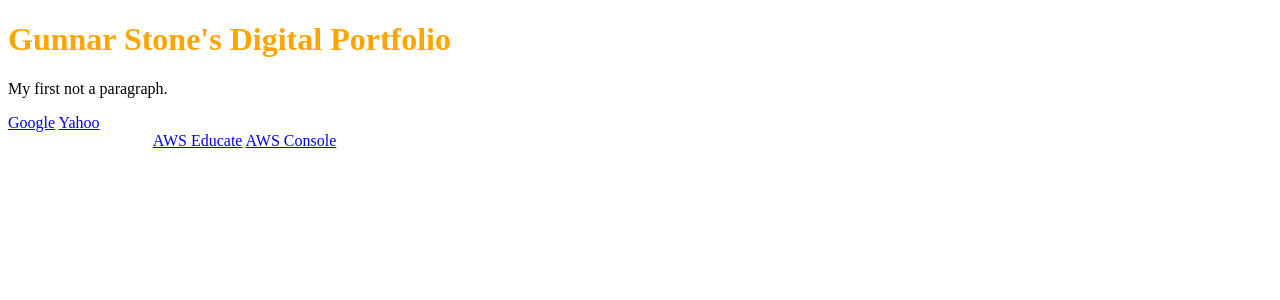
Repository: GunnarStone/GunnarStone.github.io
Page: index.html
The author's editor kept a record of every edit. The page is drawn from the files as they stood at one moment, then again after the next edit.
The browser window is 1280 px wide. The pictures show the whole page.

Above is the page before.

### index.html
<!DOCTYPE html>
<html>
    <head>
        <style>
        body {background-color: white;}
        h1   {color: orange;}
        p    {color: black;}
        a:hover {
          background-color: orange;
          color:white;
        }
        .moreLinks {
            color: white;
            font-size:24px;
            padding:16px;
            float: left;
        }
        .moreLinks:hover .dropdownContent{
            display: block;

        }
        </style>
        <title>My Little Digital Portfolio</title>
    </head>
    <body>

    <h1>Gunnar Stone's Digital Portfolio</h1>
    <p>My first not a paragraph.</p>
    <div>
    <a href="https://www.yahoo.com/">Google</a>
    <a href="https://www.google.com/">Yahoo</a>
    </div>
    <div class="dropdown">
        <div class="moreLinks">More Links</div>
        <div class="dropdownContent">
        <a href="https://www.awseducate.com">AWS Educate</a>
        <a href="https://console.aws.amazon.com">AWS Console</a>
        </div>
    </div>
    </body>
</html>

After the next edit:
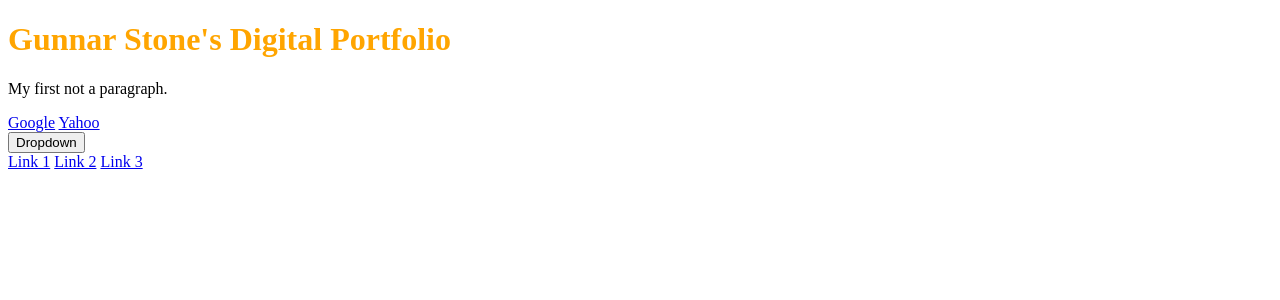
The edit:
--- a/index.html
+++ b/index.html
@@ -31,11 +31,12 @@
     <a href="https://www.google.com/">Yahoo</a>
     </div>
     <div class="dropdown">
-        <div class="moreLinks">More Links</div>
-        <div class="dropdownContent">
-        <a href="https://www.awseducate.com">AWS Educate</a>
-        <a href="https://console.aws.amazon.com">AWS Console</a>
-        </div>
-    </div>
+  <button class="dropbtn">Dropdown</button>
+  <div class="dropdown-content">
+    <a href="#">Link 1</a>
+    <a href="#">Link 2</a>
+    <a href="#">Link 3</a>
+  </div>
+</div>
     </body>
 </html>
